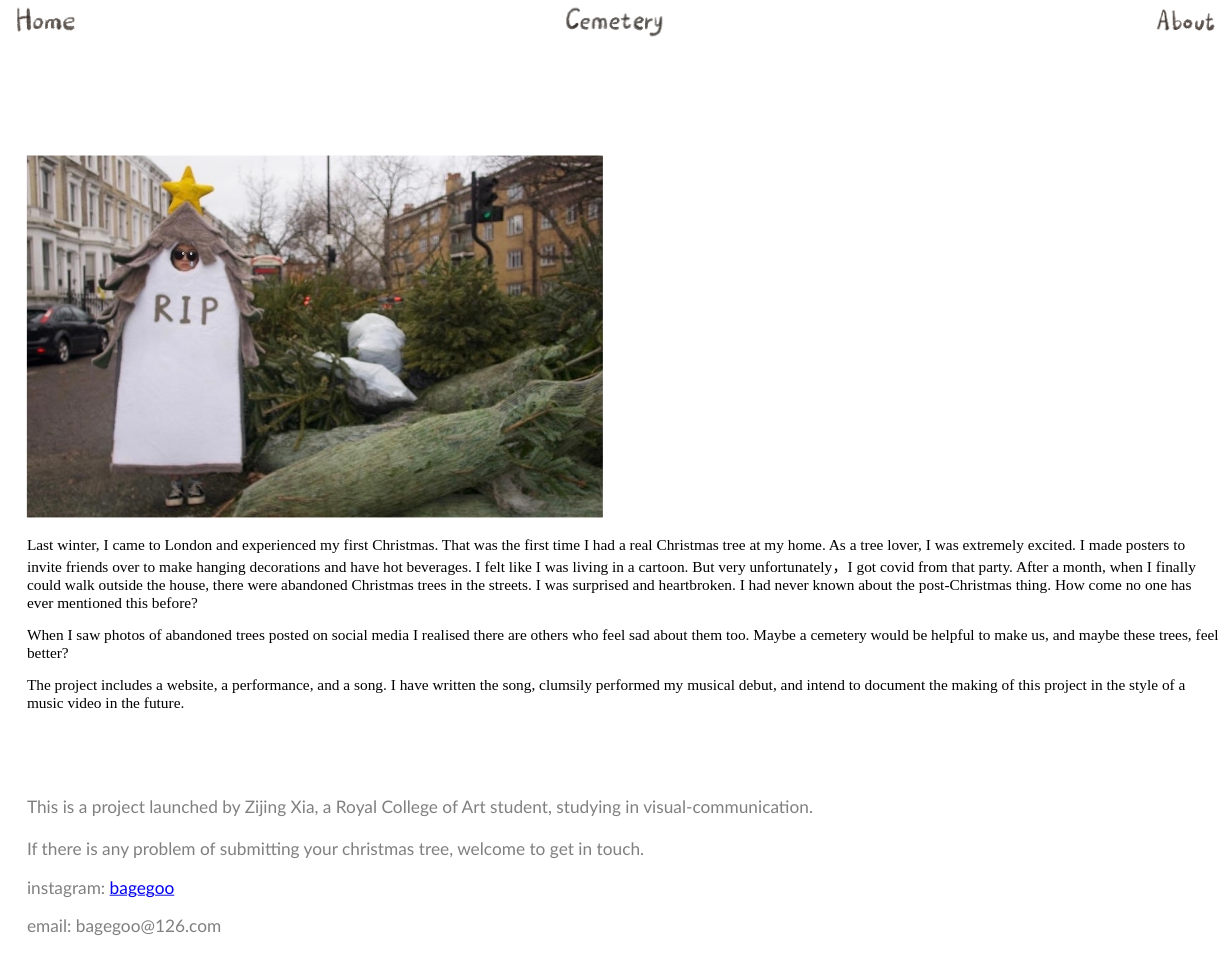
Repository: FuugaMo/ByeByeChristmasTree.github.io
Page: about.html
An editor plug-in stored every save of this project. The page is shown before and after the next save, followed by the edit.
The browser window is 1280 px wide. The pictures show the whole page, at 96% of full size.

Above is the page before, as saved 2023-07-28 21:23:10.

### about.html
<!DOCTYPE html>
<html lang="en">

<head>
    <meta charset="utf-8" />
    <link
        href="about.css"
        rel="stylesheet"
    />

</head>

<body>
    <!-- 顶部导航栏 -->
    <nav>
        <div
            class="home"
            style="width:60px; height:50px"
        >
            <img
                src="./Image/Home.png"
                width="60px"
            >
            <input
                type="button"
                onclick='location.href=("index.html")'
            />

        </div>

        <div
            class="cemetery"
            style="width: 100px;"
        >
            <img
                src="./Image/cemetery.png"
                class="cemetery"
                width="100px"
            >
            <input
                type="button"
                onclick='location.href=("cemetery.html")'
            />
        </div>

        <div
            class="about"
            style="width: 60px;"
        >
            <img
                src="./Image/about.png"
                width="60px"
            >
            <input
                type="button"
                onclick='location.href=("about.html")'
            />
        </div>

    </nav>

    <div id="content">
        <img
            src="./Image/About1.jpeg"
            width="600px"
        >
        <div class="text">
            <p>
                Last winter, I came to London and experienced my first Christmas. That was the first time I had a real
                Christmas tree at my home. As a tree lover, I was extremely excited. I made posters to invite friends
                over to make hanging decorations and have hot beverages. I felt like I was living in a cartoon. But very
                unfortunately，I got covid from that party. After a month, when I finally could walk outside the house,
                there were abandoned Christmas trees in the streets. I was surprised and heartbroken. I had never known
                about the post-Christmas thing. How come no one has ever mentioned this before?
            </p>
            <p>
                When I saw photos of abandoned trees posted on social media I realised there are others who feel sad
                about them too. Maybe a cemetery would be helpful to make us, and maybe these trees, feel better?
            </p>
            <p>
                The project includes a website, a performance, and a song. I have written the song, clumsily performed
                my musical debut, and intend to document the making of this project in the style of a music video in the
                future.
            </p>
            <br>
            <br>
            <br>
            <br>
            <p1>
                This is a project launched by Zijing Xia, a Royal College of Art student, studying in visual-communication.
                <br><br> If there is any problem of submitting your christmas tree, welcome to get in touch.
            </p1>
            <br>
            <br>
            <p2>
                instagram: <a href="https://www.instagram.com/bagegoo/">bagegoo</a></p2>
            </p2>
            <br>
            <br>
            <p3>
                email: bagegoo@126.com
            </p3>

            <br><br><br>
        </div>
</body>

### about.css
#content {
    position: relative;
    margin-top: 10px;
    margin-left: 20px;
}

/* 导航栏 */
.home {
    position: relative;
    display: -webkit-box;
    -webkit-box-pack: start;
    -webkit-box-align: start;
    -webkit-box-orient: start;
    text-align: center;
    margin-left: 10px;
    /* opacity: 0; */
}

.home input {
    cursor: url("光标.png"), auto;
    position: absolute;
    width: 60px;
    height: 25px;
    border: 0px;
    left: 0px;
    top: 0px;
    /* opacity: 0.5; */
    /* background-color: black; */
    background-color: transparent;
}

.cemetery {
    position: relative;
    margin: 0 auto;
    top: -25px;
}

.cemetery input {
    cursor: url("光标.png"), auto;
    position: relative;
    width: 100px;
    height: 60px;
    border: 0;
    top: -85px;
    /* opacity: 0.5; */
    /* background-color: black; */
    background-color: transparent;
}

.about {
    position: absolute;
    right: 15px;
    top: 10px;
}

p1,
p2,
p3 {
    font-family: "Gill Sans", sans-serif;
    font-size: large;
    color: gray;
}

.about input {
    cursor: url("光标.png"), auto;
    position: absolute;
    width: 60px;
    height: 25px;
    border: 0px;
    right: 1px;
    /* opacity: 0.5; */
    /* background-color: black; */
    background-color: transparent;

}

/* 导航栏结束 */

html {
    cursor: url("光标.png"), auto;
}

After the next save:
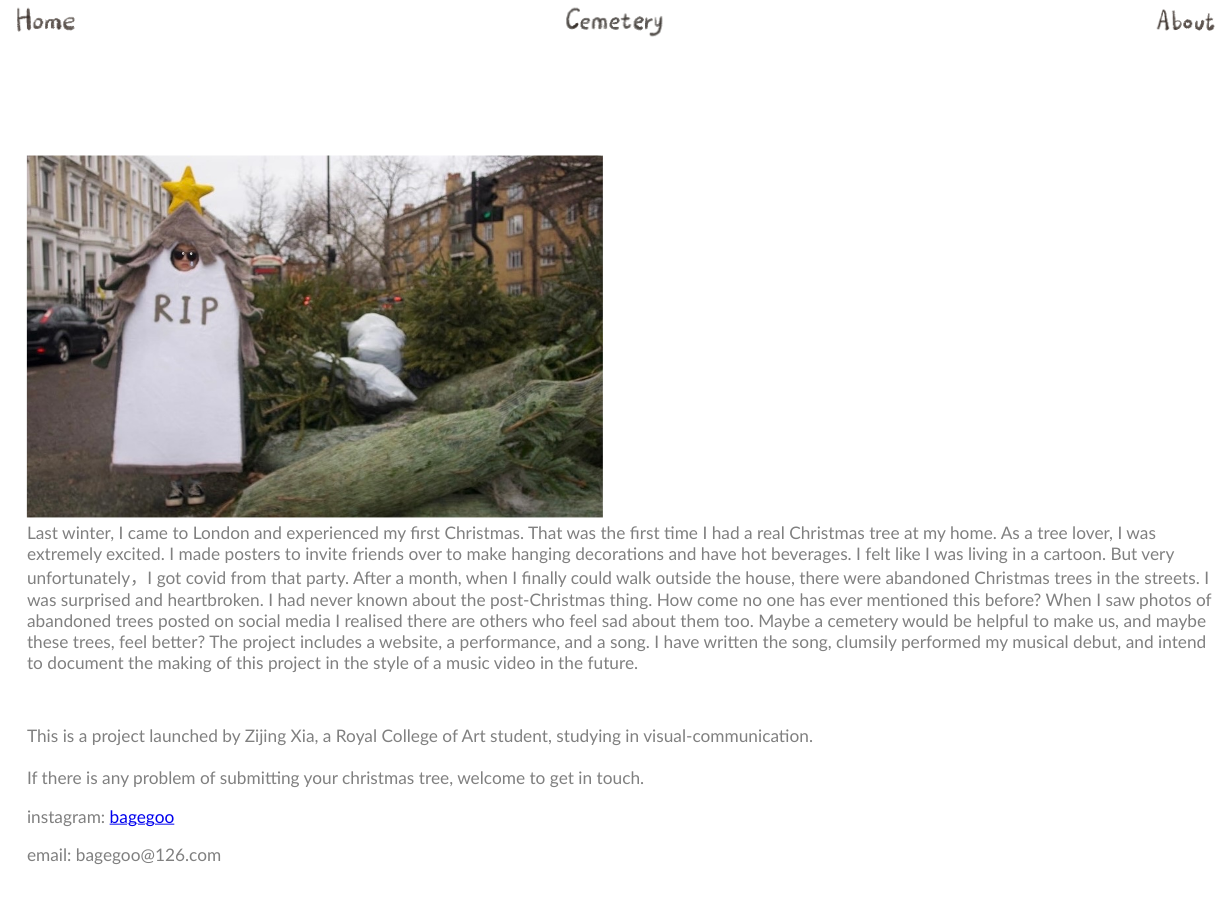
Saved 10 s later.
--- a/about.html
+++ b/about.html
@@ -65,23 +65,23 @@
             width="600px"
         >
         <div class="text">
-            <p>
+            <p1>
                 Last winter, I came to London and experienced my first Christmas. That was the first time I had a real
                 Christmas tree at my home. As a tree lover, I was extremely excited. I made posters to invite friends
                 over to make hanging decorations and have hot beverages. I felt like I was living in a cartoon. But very
                 unfortunately，I got covid from that party. After a month, when I finally could walk outside the house,
                 there were abandoned Christmas trees in the streets. I was surprised and heartbroken. I had never known
                 about the post-Christmas thing. How come no one has ever mentioned this before?
-            </p>
-            <p>
+            </p1>
+            <p1>
                 When I saw photos of abandoned trees posted on social media I realised there are others who feel sad
                 about them too. Maybe a cemetery would be helpful to make us, and maybe these trees, feel better?
-            </p>
-            <p>
+            </p1>
+            <p1>
                 The project includes a website, a performance, and a song. I have written the song, clumsily performed
                 my musical debut, and intend to document the making of this project in the style of a music video in the
                 future.
-            </p>
+            </p1>
             <br>
             <br>
             <br>
